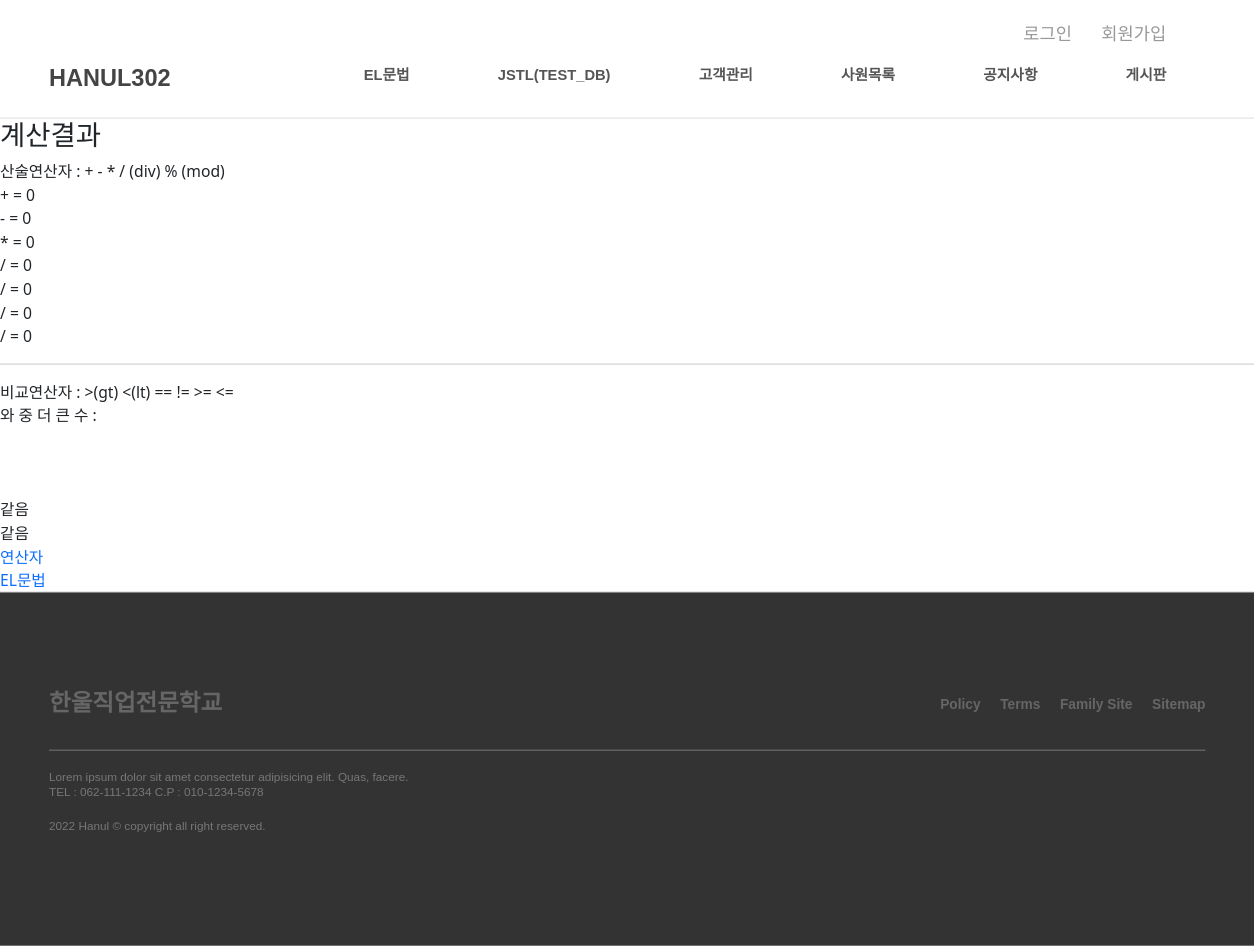
Repository: Xeyeong/servlet
Page: http://localhost/05.MiniProject/el/calculator.jsp
These files come from the project's save history. The page is drawn as it stood at one moment and after the next save; the edit follows.
The browser window is 1280 px wide. The pictures show the whole page, at 98% of full size.
Some web libraries are served in a nearby version. The page is served by Tomcat 9. Other server files are loaded and not shown.

Above is the page before, as saved 2022-09-20 03:41:18.

### 05.MiniProject/src/main/webapp/el/calculator.jsp
<%@ page language="java" contentType="text/html; charset=UTF-8"
    pageEncoding="UTF-8"%>
    <%@ taglib uri="http://java.sun.com/jsp/jstl/core" prefix="c" %>
<!DOCTYPE html>
<html>
<head>
<meta charset="UTF-8">
<title>Insert title here</title>
</head>
<jsp:include page="/include/header.jsp"/>
<body>
	<h3>계산결과</h3>
	<div>산술연산자 : + - * / (div) % (mod)</div>
	<div>${param.no1} + ${param.no2} = ${param.no1 + param.no2}</div>
	<div>${param.no1} - ${param.no2} = ${param.no1 - param.no2}</div>
	<div>${param.no1} * ${param.no2} = ${param.no1 * param.no2}</div>
	<div>${param.no1} / ${param.no2} = ${param.no1 / param.no2}</div>
	<div>${param.no1} / ${param.no2} = ${param.no1 div param.no2}</div>
	<div>${param.no1} / ${param.no2} = ${param.no1 % param.no2}</div>
	<div>${param.no1} / ${param.no2} = ${param.no1 mod param.no2}</div>

	<hr />
	<div>비교연산자 : >(gt) <(lt) == != >= <= </div>
	<div>${param.no1} 와 ${param.no2} 중 더 큰 수 : ${param.no1 > param.no2 ? param.no1 : param.no2 }
		 <br>${param.no1 - param.no2 > 0 ? param.no1 : param.no2 }
		 <br>${param.no1 gt (param.no2-0) ? param.no1 : param.no2 }
		 <br>${param.no1 lt (param.no2-0) ? param.no2 : param.no1 }
		 <br>${param.no1 == param.no2 ? "같음" : "다름" }
		 <br>${param.no1 != param.no2 ? "같지않음" : "같음" }

	 </div>



	<div><a href="operator.jsp">연산자</a></div>
	<div><a href="<c:url value="/list.el"/>">EL문법</a></div>
<jsp:include page="/include/footer.jsp"/>
</body>
</html>

### 05.MiniProject/src/main/webapp/include/header.jsp
<%@ page language="java" contentType="text/html; charset=UTF-8"
    pageEncoding="UTF-8"%>
<%@ taglib uri="http://java.sun.com/jsp/jstl/core" prefix="c" %>
<!DOCTYPE html>
<html>
<head>
<meta charset="UTF-8">
<meta http-equiv="X-UA-Compatible" content="IE=CHROME">
<meta name="viewport" content="width=device-width, initial-scale=1.0">
<title>실습용 테마</title>
<link rel="icon" href="favicon.ico" type="image/x-icon">
<script src="https://kit.fontawesome.com/c47106c6a7.js"
	crossorigin="anonymous"></script>
<link rel="stylesheet" href="<c:url value="/"/>css/style.css?<%=new java.util.Date()%>">
<link rel="stylesheet" href="<c:url value="/"/>css/common.css?<%=new java.util.Date()%>">
<script src="js/ie.js"></script>
<link
	href="https://cdn.jsdelivr.net/npm/bootstrap@5.2.0-beta1/dist/css/bootstrap.min.css"
	rel="stylesheet"
	integrity="sha384-0evHe/X+R7YkIZDRvuzKMRqM+OrBnVFBL6DOitfPri4tjfHxaWutUpFmBp4vmVor"
	crossorigin="anonymous">
<script
	src="https://cdn.jsdelivr.net/npm/bootstrap@5.2.0-beta1/dist/js/bootstrap.bundle.min.js"
	integrity="sha384-pprn3073KE6tl6bjs2QrFaJGz5/SUsLqktiwsUTF55Jfv3qYSDhgCecCxMW52nD2"
	crossorigin="anonymous"></script>
<script src="https://code.jquery.com/jquery-3.6.0.min.js"></script>
</head>
<body>
	<header>
		<div class="inner">
			<h1>
				<a href="#">HANUL302</a>
			</h1>
			<ul id="gnb">
				<li><a href="list.el">EL문법</a></li>
				<li><a href="list.te">JSTL(TEST_DB)</a></li>
				<li><a href="list.cu">고객관리</a></li>
				<li><a href="#">사원목록</a></li>
				<li><a href="#">공지사항</a></li>
				<li><a href="#">게시판</a></li>
			</ul>



			<ul class="util">
				<li><a href="#">로그인</a></li>
				<li><a href="#">회원가입</a></li>
			</ul>

		</div>

	</header>
</body>
</html>

### 05.MiniProject/src/main/webapp/include/footer.jsp
<%@ page language="java" contentType="text/html; charset=UTF-8"
    pageEncoding="UTF-8"%>
<footer>
		<div class="inner">
			<div class="upper">
				<h1>한울직업전문학교</h1>
				<ul>
					<li><a href="#">Policy</a></li>
					<li><a href="#">Terms</a></li>
					<li><a href="#">Family Site</a></li>
					<li><a href="#">Sitemap</a></li>
				</ul>
			</div>
			<div class="lower">
				<address>
					Lorem ipsum dolor sit amet consectetur adipisicing elit. Quas,
					facere.<br> TEL : 062-111-1234 C.P : 010-1234-5678
				</address>
				<p>2022 Hanul &copy; copyright all right reserved.</p>
			</div>
		</div>
</footer>

### 05.MiniProject/src/main/webapp/css/style.css
@charset 'utf-8';


* {
	margin: 0px;
	padding: 0px;
	box-sizing: border-box;
}
ul,
ol {
	list-style: none;
}
a {
	text-decoration: none;
}

/* header */
header {
	width: 100%;
	border-bottom: 1px solid #ddd;
}
header .inner {
	width: 1180px;
	height: 120px;
	margin: 0px auto;
	position: relative; /*자식 absolute 요소의 기준점 설정*/
}
header .inner h1 {
	position: absolute;
	left: 0px;
	bottom: 15px;
}
header .inner h1 a {
	font: bold 24px/1 "arial";
	color: #444;
}
header .inner .util {
	position: absolute;
	top: 20px;
	right: 30px;
}
header .inner .util li {
	float: left;
}
header .inner .util li a {
	display: block;
	font: 18px "arial";
	color: #999;
	padding: 0px 10px;
}
header .inner #gnb {
	position: absolute;
	bottom: 0px;
	right: 0px;
}
header .inner #gnb li {
	float: left;
}
header .inner #gnb li a {
	display: block; /*인라인 요소는 block설정하여 크기를 조절가능*/
	font: bold 15px/1 "arial";
	color: #555;
	padding: 20px 40px;
	transition: all 0.5s;
}
header .inner #gnb li a:hover {
	background: #555;
	color: #fff;
}
figure {
	width: 100%;
	height: calc(100vh - 120px); /*전체 브라우저 높이에서 120px만큼 빼줌*/
	background: #000;
	position: relative;
	overflow: hidden;
	padding-top: 250px;
}
figure video {
	object-fit: cover; /*영상을 figure안쪽에 꽉 차도록 설정*/
	width: 100%;
	height: 100%;
	opacity: 0.3;
	position: absolute;
	top: 0px;
	left: 0px;
}
figure .inner {
	width: 1180px;
	margin: 0px auto;
	position: relative;
}
figure .inner h1 {
	font: normal 120px/1 "arial";
	color: #fff;
	margin-bottom: 20px;
}
figure .inner p {
	font: 16px/1.4 "arial";
	color: #888;
	margin-bottom: 60px;
}
figure .inner a {
	display: block;
	width: 400px;
	height: 30px;
	border: 1px solid #bbb;
	font: bold 11px/30px "arial";
	color: #fff;
	text-align: center;
	letter-spacing: 1px;
	transition: all 0.5s;
}
figure .inner a:hover {
	background: #fff;
	color: #555;
}
/* news */
section {
	width: 100%;
	padding: 200px 0px;
}
section .inner {
	width: 1180px;
	margin: 0px auto;
}
section .inner h1 {
	font: bold 24px/1 "arial";
	color: #555;
	text-align: center;
	margin-bottom: 50px;
}
section .inner .wrap {
	width: 100%;
}
section .inner .wrap::after {
	/*자식 요소인 article의 float해제*/
	content: "";
	display: block;
	clear: both;
}
section .inner .wrap article {
	width: 32%;
	float: left;
	margin-right: 20px;
}
section .inner .wrap article:last-child {
	/*제일 오른쪽 마지막 요소만 여백제거*/
	margin-right: 0px;
}
section .inner .wrap article h2 {
	margin-bottom: 10px;
}
section .inner .wrap article h2 a {
	font: bold 16px/1 "arial";
	color: #555;
}
section .inner .wrap article p {
	font: 14px/1.4 "arial";
	color: #777;
}
section .inner .wrap article .pic {
	width: 100%;
	height: 120px;
	background: #333;
	margin-bottom: 15px;
	position: relative;
	overflow: hidden;
}
section .inner .wrap article .pic img {
	object-fit: cover; /*pic프레임안에 이미지 꽉 채움*/
	width: 100%;
	height: 100%;
}
/* footer */
footer {
	width: 100%;
	background: #333;
	padding: 100px 0px;
	border-top: 1px solid #888;
}
footer .inner {
	width: 1180px;
	margin: 0px auto;
}
footer .inner .upper {
	width: 100%;
	border-bottom: 1px solid #777;
	padding-bottom: 20px;
}
footer .inner .upper::after {
	/*상단 영역 float해제*/
	content: "";
	display: block;
	clear: both;
}
footer .inner .upper h1 {
	float: left;
	font: bold 24px/1 "arial";
	color: #666;
}
footer .inner .upper ul {
	float: right;
}
footer .inner .upper ul li {
	float: left;
	margin-left: 20px;
}
footer .inner .upper ul li a {
	font: bold 14px/1 "arial";
	color: #666;
}
footer .inner .lower {
	width: 100%;
	padding-top: 20px;
}
footer .inner .lower address {
	width: 100%;
	font: 12px/1.3 "arial";
	color: #777;
	margin-bottom: 20px;
}
footer .inner .lower p {
	width: 100%;
	font: 12px/1 "arial";
	color: #777;
}

.styled-table {
	width: 80%;
    border-collapse: collapse;
    margin: 2% 10% 2% 10% ;
    font-size: 0.9em;
    font-family: sans-serif;
    min-width: 400px;
    box-shadow: 0 0 20px rgba(0, 0, 0, 0.15);

}

.styled-table thead tr {
    background-color: #009879;
    color: #ffffff;
    text-align: left;
}
table th{
	background-color: #6d6b6b!important;  color : #fff;
}
.styled-table th,
.styled-table td {
    padding: 12px 15px;
}

.styled-table tbody tr {
    border-bottom: 1px solid #dddddd;
}

.styled-table tbody tr:nth-of-type(even) {
    background-color: #f3f3f3;
}

.styled-table tbody tr:last-of-type {
    border-bottom: 2px solid #009879;
}

.styled-table tbody tr.active-row {
    font-weight: bold;
    color: #009879;
}



.styled-table {
	width: 80%;
    border-collapse: collapse;
    margin: 2% 10% 2% 10%;
    font-size: 0.9em;
    font-family: sans-serif;
    min-width: 400px;
    box-shadow: 0 0 20px rgba(0, 0, 0, 0.15);
}

.styled-table thead tr {
    background-color: #009879;
    color: #ffffff;
    text-align: left;
}

.styled-table th,
.styled-table td {
    padding: 12px 15px;
}

.styled-table tbody tr {
    border-bottom: 1px solid #dddddd;
}

.styled-table tbody tr:nth-of-type(even) {
    background-color: #f3f3f3;
}

.styled-table tbody tr:last-of-type {
    border-bottom: 2px solid #009879;
}

.styled-table tbody tr.active-row {
    font-weight: bold;
    color: #009879;
}
.list-top{
	width: 80%;
	margin: 2% 10%;
}
input[ type=button ] {
	padding : 2px 10px
}

input[ type=submit ]{
	padding: 2px 10px
}
label:not(:last-child) {
	margin-right: 30px
}

### 05.MiniProject/src/main/webapp/css/common.css
@charset "UTF-8";

ul {
	list-style-type: none;
	align-items: center;
	padding: 0;
}

.center {
	position: absolute;
	left: 50%;
	top: calc(120px + 50%);
	transform: translate(-50%, -50%);
}

.list-top {
	display: flex;
	justify-content: space-between;
}

.list-top ul {
	display: flex;
}

table.tb-list th, table.tb-list td {
	border: 1px solid #b0b0b0;
}

.list-top {
	width: 80%;
	margin: 2% 10%
}

input[type=button], input[type=submit] {
	padding: 2px 10px
}

table th {
	background-color: #009879 !important;
	color: #fff;
}

label:not(:last-child) {
	margin-right: 30px
}

.btnSet {
	margin: 20px auto;
	width: 80%;
}

.btnSet a:not(:last-child) {
	margin-right: 5px
}

a {
	text-decoration: none !important;
}

a.btn-fill, a.btn-empty {
	height: 28px;
	padding: 3px 15px;
	border: 1px solid #009879;
	border-radius: 3px;
}

a.btn-fill {
	background-color: #009879;
	color: #fff;
}

a.btn-empty {
	color: #009879;
}

input {
	padding: 0 10px;
}

input:focus {
	outline: none !important;
	border-color: #009879;
}

.tb-wrap {
	overflow: auto;
	margin: 20px auto;
	height: 500px;
	width: 80%;
}

.tb-wrap table {
	width: 100%;
	margin: 0;
}

header ul li:not(:first-child) {
	margin-left: 10px
}

.valid {
	color: green;
	font-size: 14px;
	font-weight: bold;
}

.invalid {
	color: red;
	font-size: 14px;
	font-weight: bold;
}

.font {
	font-size: 18px;
}

#delete {
	display: none;
}

.w-px40 {
	width: 40px
}

.w-px60 {
	width: 60px
}

.w-px80 {
	width: 80px
}

.w-px100 {
	width: 100px
}

.w-px120 {
	width: 120px
}

.w-px140 {
	width: 140px
}

.w-px160 {
	width: 160px
}

.w-px180 {
	width: 180px
}

.w-px200 {
	width: 200px
}

.w-px220 {
	width: 220px
}

.w-px250 {
	width: 250px
}

.w-px300 {
	width: 300px
}

Loaded but not shown: 05.MiniProject/src/main/webapp/js/ie.js (common file)

After the next save:
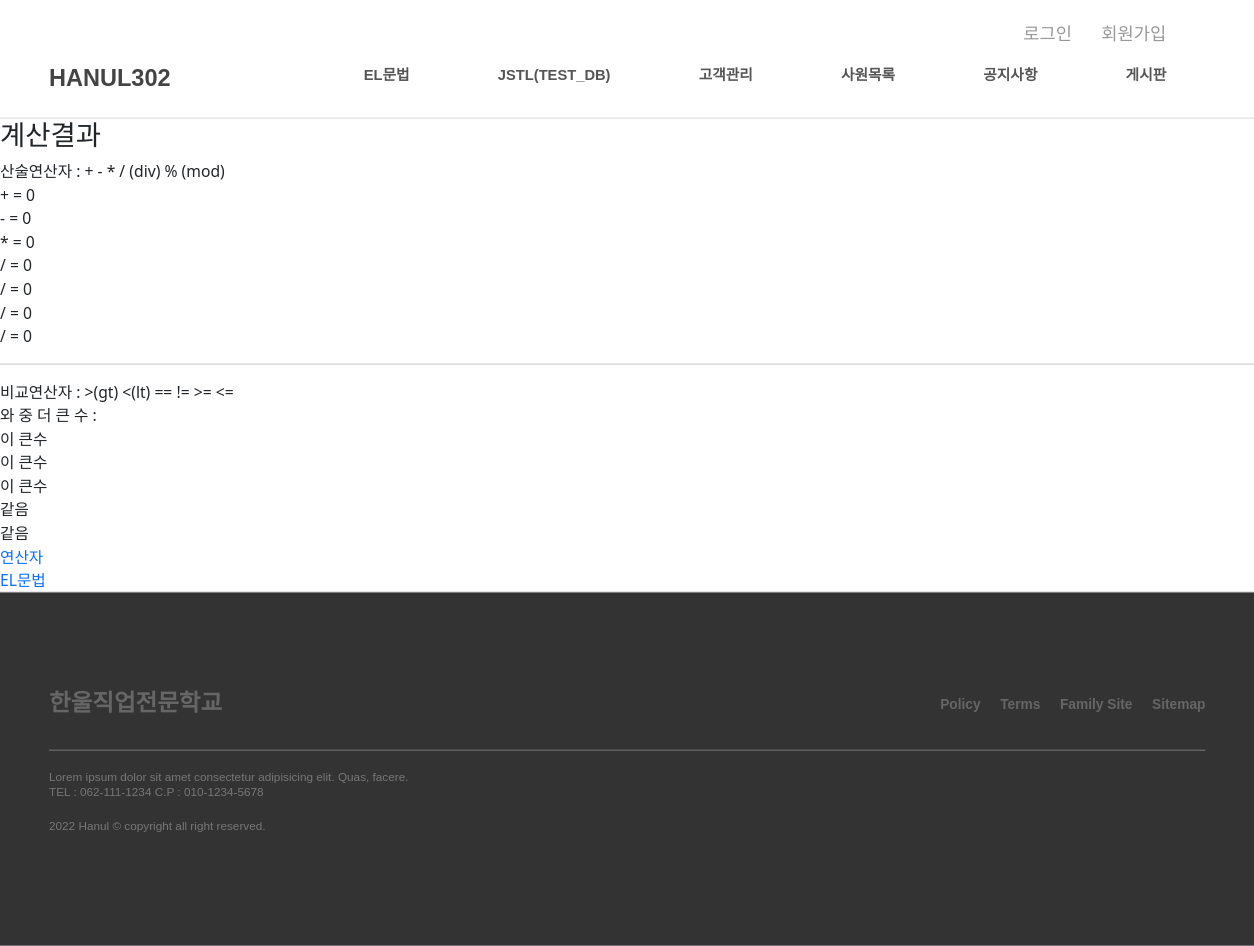
Saved 19 s later.
--- a/05.MiniProject/src/main/webapp/el/calculator.jsp
+++ b/05.MiniProject/src/main/webapp/el/calculator.jsp
@@ -22,9 +22,9 @@
 	<hr />
 	<div>비교연산자 : >(gt) <(lt) == != >= <= </div>
 	<div>${param.no1} 와 ${param.no2} 중 더 큰 수 : ${param.no1 > param.no2 ? param.no1 : param.no2 }
-		 <br>${param.no1 - param.no2 > 0 ? param.no1 : param.no2 }
-		 <br>${param.no1 gt (param.no2-0) ? param.no1 : param.no2 }
-		 <br>${param.no1 lt (param.no2-0) ? param.no2 : param.no1 }
+		 <br>${param.no1 - param.no2 > 0 ? param.no1 : param.no2 } 이 큰수
+		 <br>${param.no1 gt (param.no2-0) ? param.no1 : param.no2 }이 큰수
+		 <br>${param.no1 lt (param.no2-0) ? param.no2 : param.no1 }이 큰수
 		 <br>${param.no1 == param.no2 ? "같음" : "다름" }
 		 <br>${param.no1 != param.no2 ? "같지않음" : "같음" }
 
